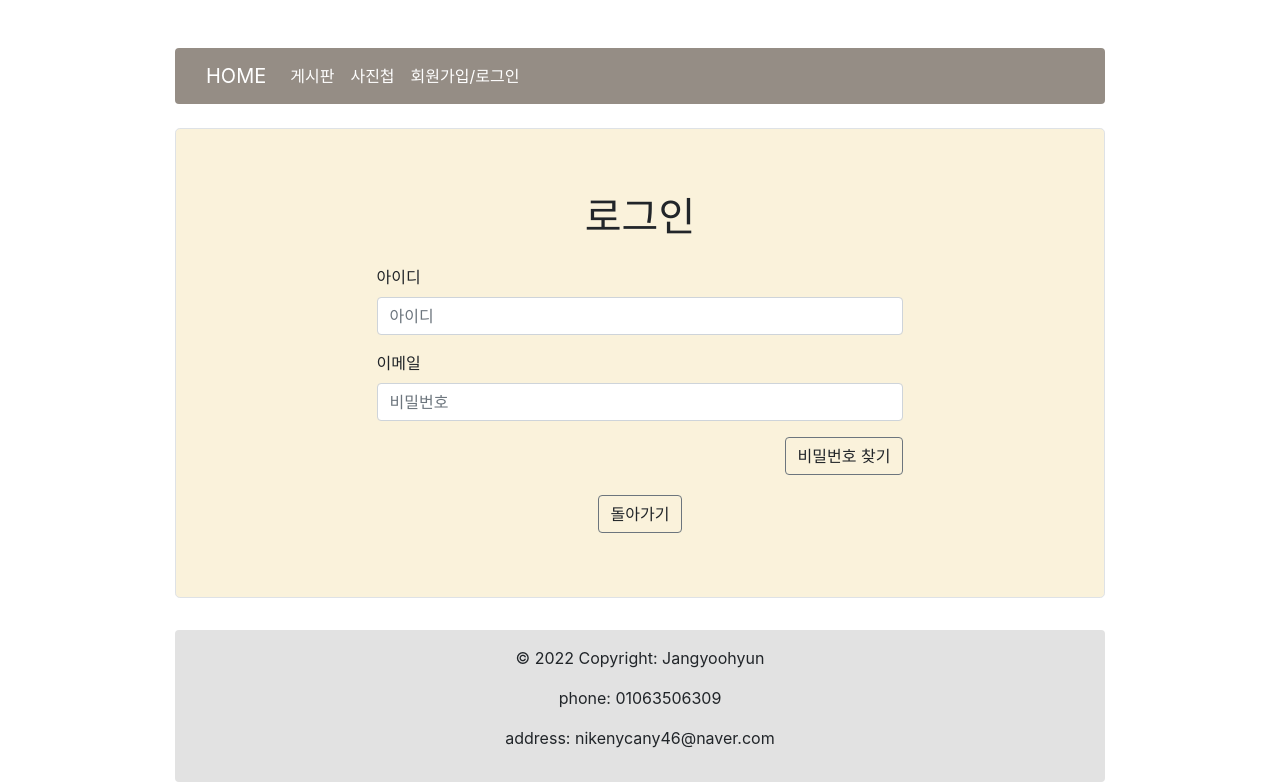
Repository: jangyoohyun/toyProject
Page: http://localhost/toyproject/WEB-INF/views/auth/findPasswordForm.jsp
These files come from the project's save history. The page is drawn as it stood at one moment and after a run of saves; the edit follows.
The browser window is 1280 px wide. The pictures show the whole page.
Some web libraries are served in a nearby version. The page is served by Tomcat 9. Nobody is signed in. The template is opened directly, without the code that normally fills it, so the values that code supplies are empty.

Above is the page before, as saved 2022-03-07 14:03:29.

After the next 2 saves:
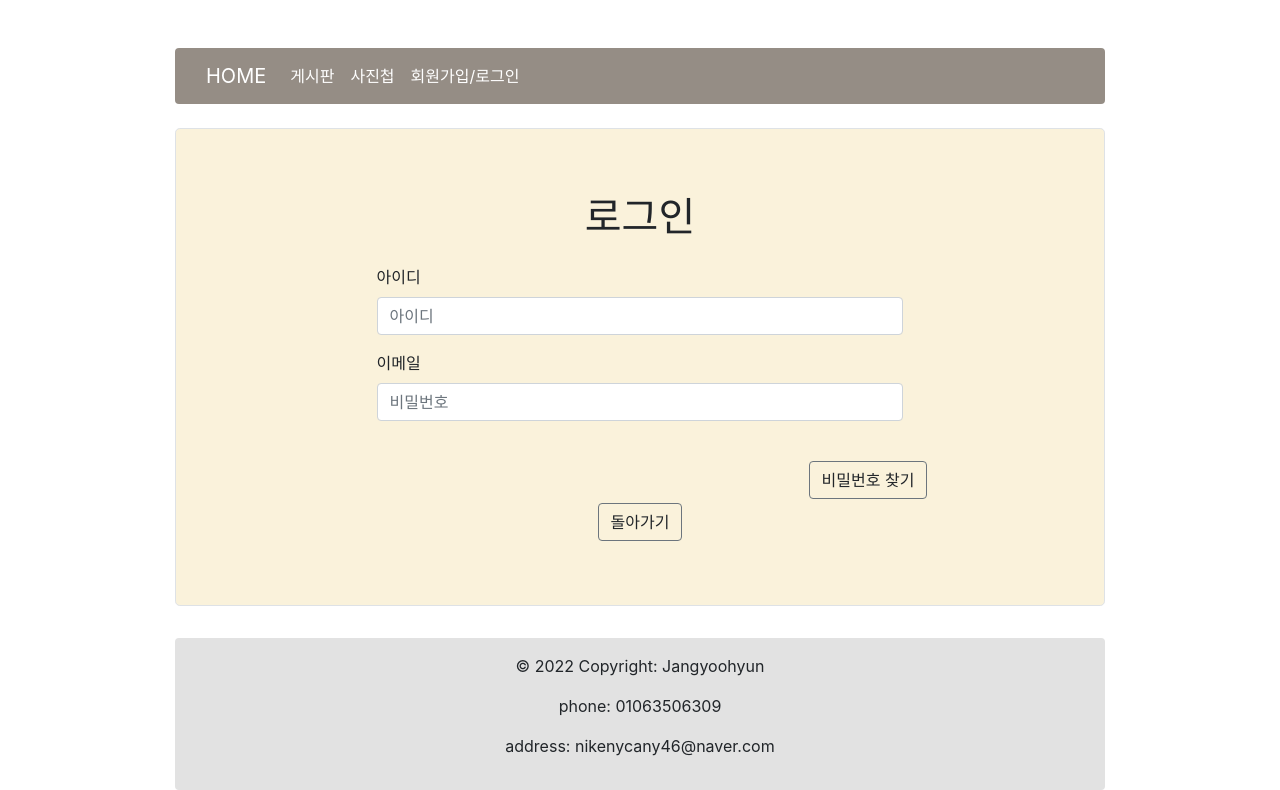
The 2 saves are shown as one change because they came seconds apart.
The last was saved 5 min 6 s later.
--- a/Study/toyproject/src/main/webapp/WEB-INF/views/auth/findPasswordForm.jsp
+++ b/Study/toyproject/src/main/webapp/WEB-INF/views/auth/findPasswordForm.jsp
@@ -1,7 +1,7 @@
 <%@ page language="java" contentType="text/html; charset=UTF-8"
 	pageEncoding="UTF-8"%>
 
-<%@ include file="/WEB-INF/views/layout/header.jsp" %>
+<%@ include file="/WEB-INF/views/layout/header.jsp"%>
 
 <div class="jumbotron mt-4 border" style="background-color: #faf2db">
 	<div class="container" style="width: 70%">
@@ -9,26 +9,30 @@
 
 		<form class="px-4 py-3" action="/auth/signIn" method="post">
 
-				<div class="form-group">
-					<label for="userId" class="form-label">아이디</label>
-					<input type="text" class="form-control" name="username" placeholder="아이디">
-				</div>
-				<div class="form-group mt-3">
-					<label class="form-label">이메일</label>
-					<input type="password" class="form-control" name="password" placeholder="비밀번호">
-				</div>
+			<div class="form-group">
+				<label for="userId" class="form-label">아이디</label> <input
+					type="text" class="form-control" name="username" placeholder="아이디">
+			</div>
+			<div class="form-group mt-3">
+				<label class="form-label">이메일</label> <input type="password"
+					class="form-control" name="password" placeholder="비밀번호">
+			</div>
 
-				<div class="btn-toolbar justify-content-end mt-2" role="toolbar" aria-label="Toolbar with button groups">
-				  <div class="btn-group">
-				    <button type="submit" class="btn border-secondary" id="loginBtn">비밀번호 찾기</button>
-				  </div>
-				</div>
 		</form>
 
+		<div class="btn-toolbar justify-content-end mt-2" role="toolbar"
+			aria-label="Toolbar with button groups">
+			<div class="btn-group">
+				<button type="button" class="btn border-secondary" id="loginBtn">비밀번호
+					찾기</button>
+			</div>
+		</div>
+
 		<div class="text-center">
-			<a href="<c:url value="/auth/signInForm"/>"><button class="btn border-secondary mt-1">돌아가기</button></a>
+			<a href="<c:url value="/auth/signInForm"/>"><button
+					class="btn border-secondary mt-1">돌아가기</button></a>
 		</div>
 	</div>
 </div>
 
-<%@ include file="/WEB-INF/views/layout/footer.jsp" %>
+<%@ include file="/WEB-INF/views/layout/footer.jsp"%>
